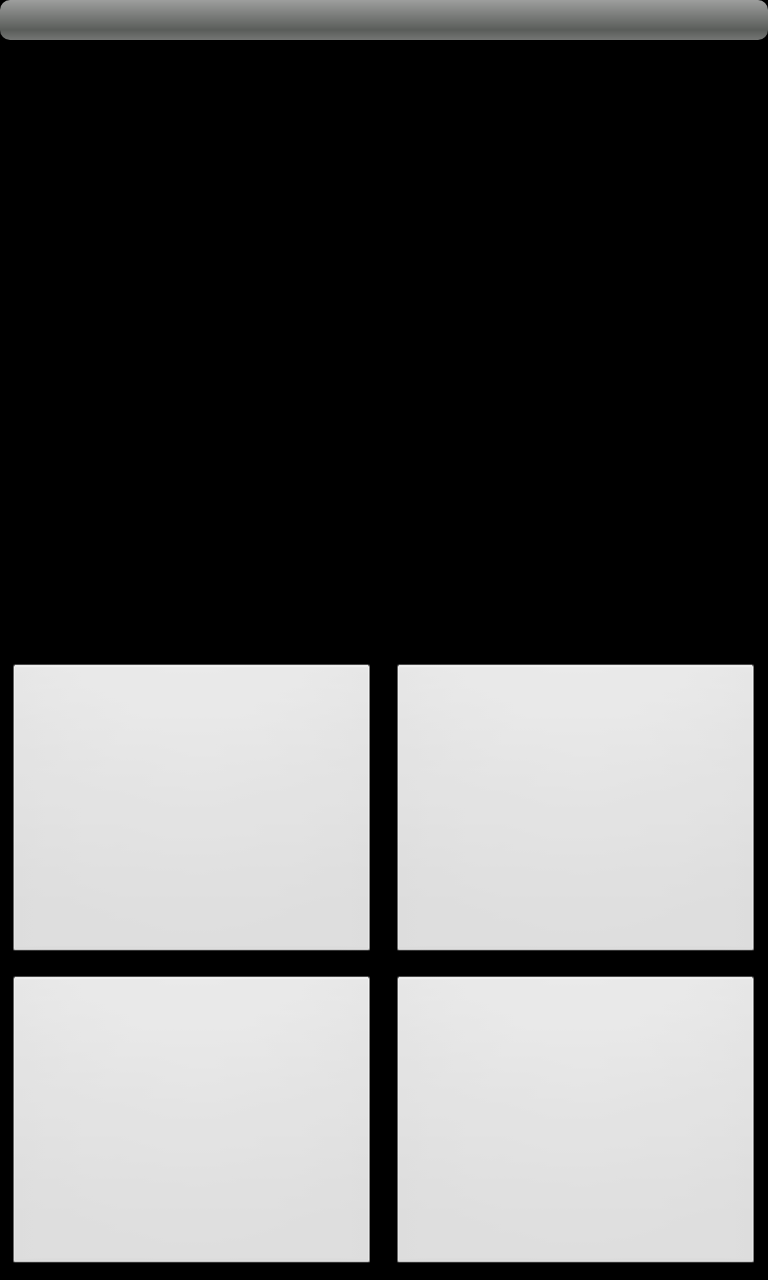
Repository: aster9725/HK-CityU-SummerExchange
Layout: Copy of WordQuiz/res/layout/activity_game.xml
An editor plug-in stored every save of this project. The layout is shown before and after the next save, followed by the edit.
It is drawn on a 768 x 1280 px phone screen (xhdpi) without system bars, with theme android:Theme; the app's code is not run.

Above is the layout before, as saved 2014-07-24 10:13:56.

After the next save:
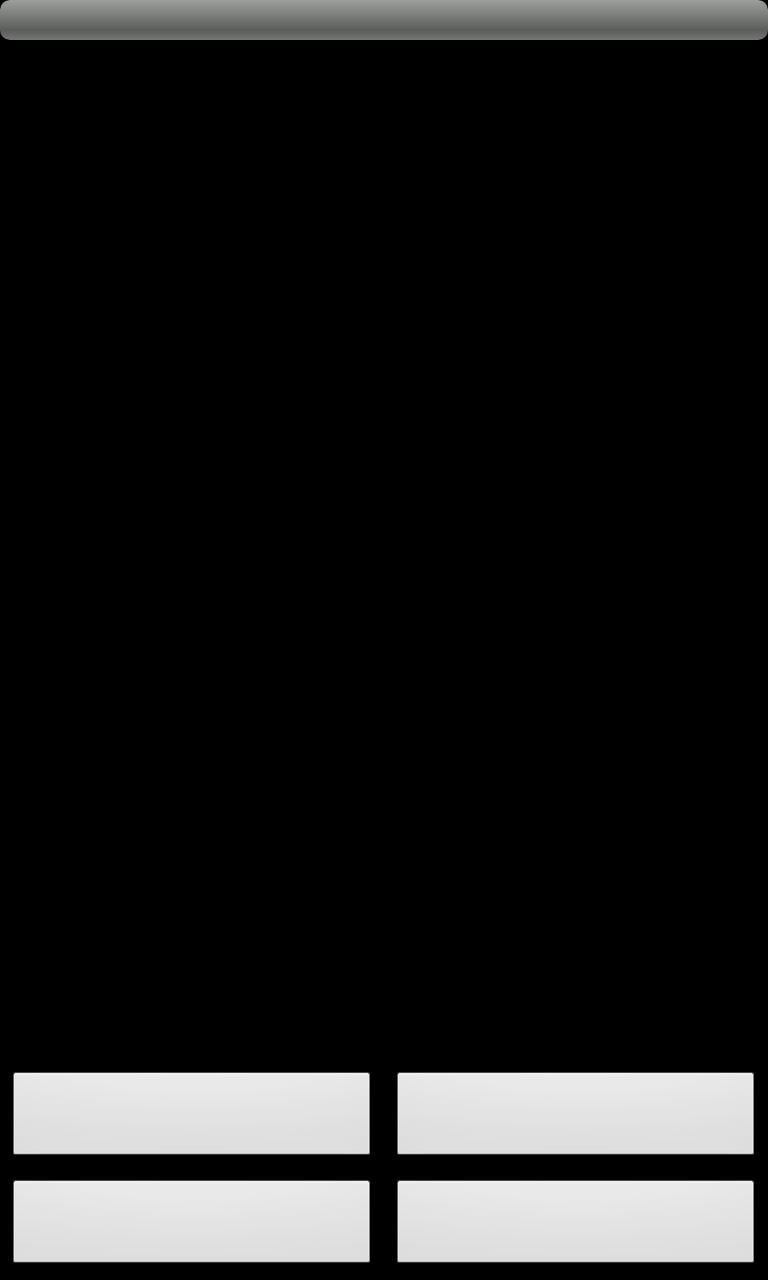
Saved 21 s later.
--- a/Copy of WordQuiz/res/layout/activity_game.xml
+++ b/Copy of WordQuiz/res/layout/activity_game.xml
@@ -27,16 +27,16 @@
 
         <ImageButton
             android:id="@+id/btnans1"
-            android:layout_width="300px"
-            android:layout_height="300px"
+            android:layout_width="wrap_content"
+            android:layout_height="wrap_content"
             android:layout_gravity="center_vertical|center_horizontal"
             android:layout_margin="3sp"
             android:layout_weight="1"/>
 
         <ImageButton
             android:id="@+id/btnans2"
-            android:layout_width="300px"
-            android:layout_height="300px"
+            android:layout_width="wrap_content"
+            android:layout_height="wrap_content"
             android:layout_gravity="center_vertical|center_horizontal"
             android:layout_margin="3sp"
             android:layout_weight="1"/>
@@ -52,16 +52,16 @@
 
         <ImageButton
             android:id="@+id/btnans3"
-            android:layout_width="300px"
-            android:layout_height="300px"
+            android:layout_width="wrap_content"
+            android:layout_height="wrap_content"
             android:layout_gravity="center_vertical|center_horizontal"
             android:layout_margin="3sp"
             android:layout_weight="1"/>
 
         <ImageButton
             android:id="@+id/btnans4"
-            android:layout_width="300px"
-            android:layout_height="300px"
+            android:layout_width="wrap_content"
+            android:layout_height="wrap_content"
             android:layout_gravity="center_vertical|center_horizontal"
             android:layout_margin="3sp"
             android:layout_weight="1"/>
